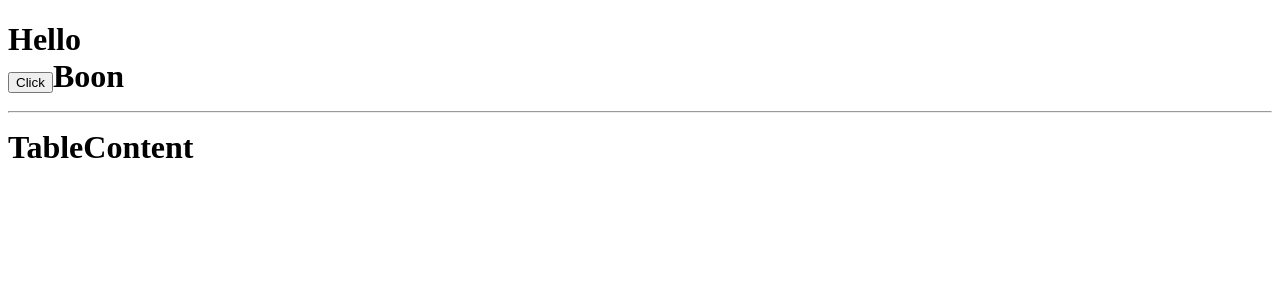
Repository: supakorn5039-boon/React-s
Page: /
The author's editor kept a copy of each file at every save. The page is drawn from the files as they stood at one save, then again after the next save.
The browser window is 1280 px wide. The pictures show the whole page.
The project was rebuilt for these pictures with package versions that can differ from the ones it lists, and the page was loaded fresh each time. Also part of the build but not shown: vite.config.js.

Above is the page before, as saved 2024-01-08 23:49:39.

After the next save:
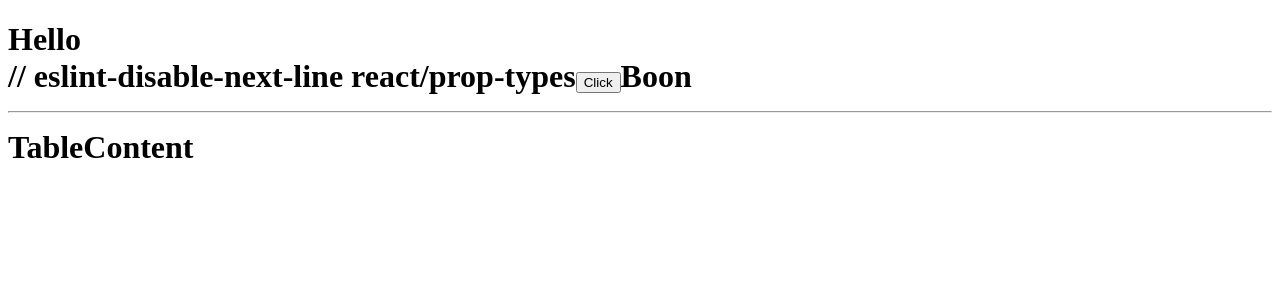
Saved 12 s later.
--- a/src/components/Navbar.jsx
+++ b/src/components/Navbar.jsx
@@ -1,6 +1,7 @@
 export default function Navbar(props) {
   return (
     <div>
+      // eslint-disable-next-line react/prop-types
       <button onClick={props.handleShow}>Click</button>
       {props.text}
     </div>

After the 2 saves that followed:
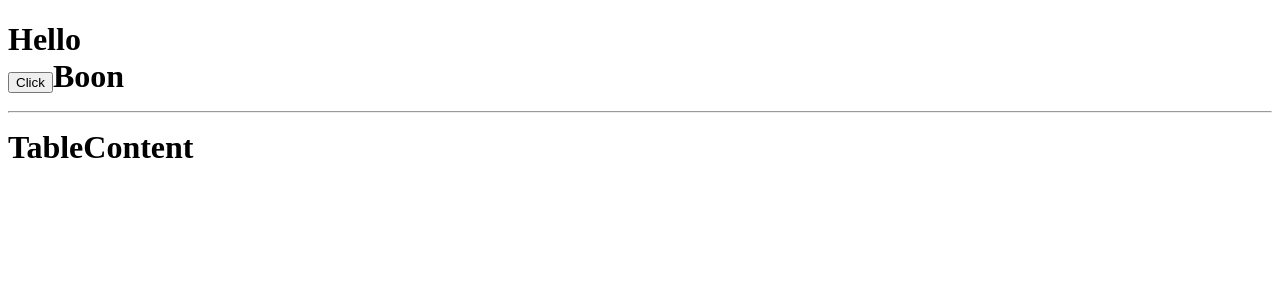
The 2 saves are shown as one change because they came seconds apart.
The last was saved 8 s later.
--- a/src/components/Navbar.jsx
+++ b/src/components/Navbar.jsx
@@ -1,7 +1,7 @@
+/* eslint-disable react/prop-types */
 export default function Navbar(props) {
   return (
     <div>
-      // eslint-disable-next-line react/prop-types
       <button onClick={props.handleShow}>Click</button>
       {props.text}
     </div>
